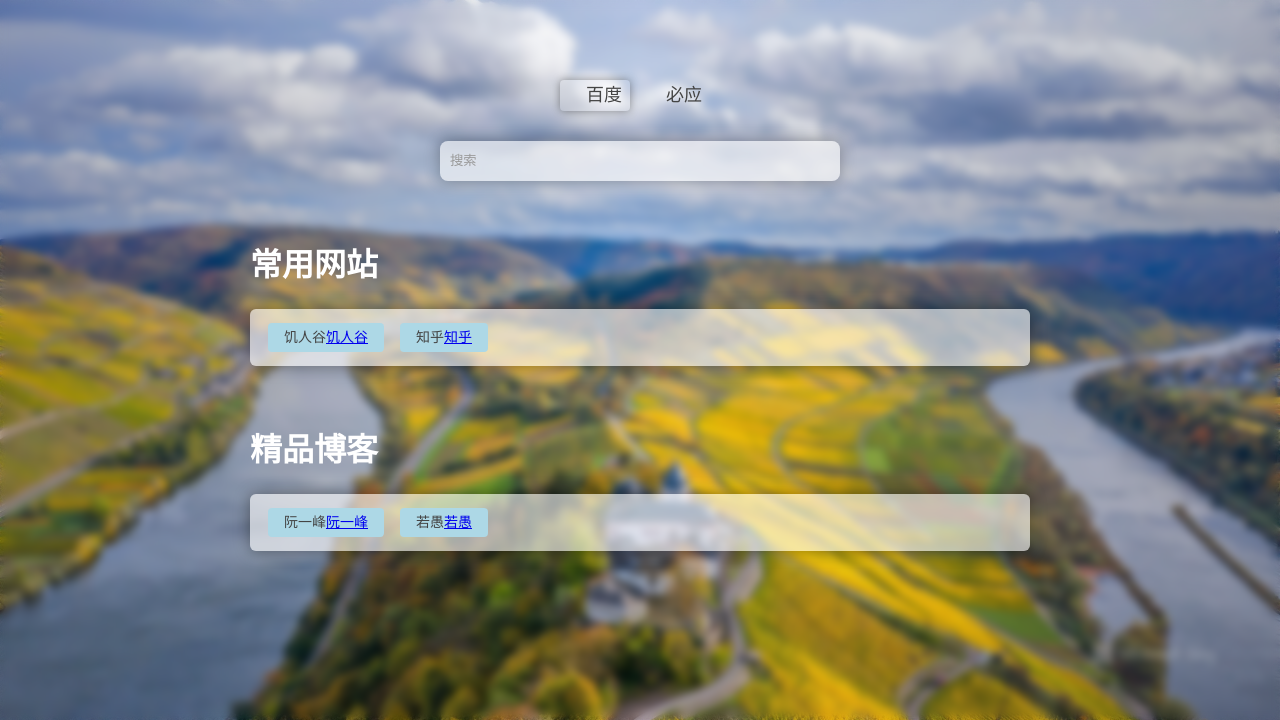
Repository: zkhiscool/PersonPage
Page: index.html
These files come from the project's save history. The page is drawn as it stood at one moment and after the next save; the edit follows.
The browser window is 1280 px wide. The pictures show the whole page.

Above is the page before, as saved 2023-07-19 10:53:08.

### index.html
<!DOCTYPE html>
<html lang="en">

<head>
    <meta charset="UTF-8">
    <meta name="viewport" content="width=device-width, initial-scale=1.0">
    <title>Document</title>
    <script src="//at.alicdn.com/t/c/font_4154315_rbz2c3ka0md.js"></script>
    <link rel="stylesheet" href="css/style.css">
</head>

<body>
    <div id="page">
        <section id="search">
            <div class="search-type">
                <div data-type="baidu" class="search-tab tab-baidu active">
                    <svg class="icon" aria-hidden="true">
                        <use xlink:href="#icon-baidu"></use>
                    </svg>百度
                </div>
                <div data-type="bing" class="search-tab tab-bing">
                    <svg class="icon" aria-hidden="true">
                        <use xlink:href="#icon-weiruan"></use>
                    </svg>必应
                </div>
            </div>
            <div class="search-input input">
                <input type="text" placeholder="搜索">
                <svg class="icon icon-search" aria-hidden="true">
                    <use xlink:href="#icon-search"></use>
                </svg>
            </div>
        </section>
        <section id="websites">
            <ul class="list">
                <li class="item">
                    <h2>常用网站</h2>
                    <ul class="panel">
                        <li class="tag ">百度</li>
                        <li class="tag ">知乎</li>
                    </ul>
                </li>
            </ul>

        </section>

    </div>
    <script src="js/main.js"></script>
    <script>
        //百度 = 'https://www.baidu.com/s?wd=' + '饥人谷'
        //bing= https://cn.bing.com/search?q=' + '饥人谷'
    </script>
</body>

</html>

### css/style.css
* {
    margin: 0;
    padding: 0;
    box-sizing: border-box;
}

ul,
li {
    list-style: none;
}

body {
    /* 字体大小14，行高1.5 */
    font: 14px/1.5 Arial, Helvetica, sans-serif;
    color: #444;
    background: linear-gradient(to right, rgba(0, 0, 0, 0.2), rgba(0, 0, 0, 0), rgba(0, 0, 0, 0.2)),
        url(../images/2.jpg)center center no-repeat;
    background-size: cover;
    /* 窗口的高度 */
    min-height: 100vh;
    /* 背景色模糊 */
    padding-bottom: 60px;
    backdrop-filter: blur(4px);
}

/* 图标库默认样式 */
.icon {
    width: 1em;
    height: 1em;
    vertical-align: -0.15em;
    fill: currentColor;
    overflow: hidden;
}

#page {
    max-width: 820px;
    margin: 0 auto;
    padding: 20px;
    /* overflow: hidden; */
}

#search {
    display: flex;
    flex-direction: column;
    align-items: center;
    margin-top: 60px;

}

.search-type {
    display: flex;
}

.search-tab {
    padding: 2px 8px;
    margin-right: 10px;
    border-radius: 4px;
    font-size: 18px;
    cursor: pointer;
}

.search-tab.active {
    box-shadow: 0 0 8px rgba(0, 0, 0, 0.4);
}

.search-input {
    position: relative;
    margin-top: 30px;
    border-radius: 8px;
    overflow: hidden;
    background-color: rgba(255, 255, 255, 0.6);
    box-shadow: 0 0 16px 0 rgba(0, 0, 0, 0.3);
}

.search-input .icon {
    position: absolute;
    right: 6px;
    top: 50%;
    transform: translateY(-50%);
    z-index: 1;
    width: 30px;
    height: 20px;
    cursor: pointer;
}

.search-input>input {
    width: 400px;
    padding: 0 30px 0 10px;
    line-height: 40px;
    border: none;
    outline: none;
    color: #666;
    background-color: transparent;
    transition: all .3s;
}

/* .search-input>input:focus {
    width: 780px;
} */

.search-input>input::placeholder {
    color: #999;
}

#websites .item {
    margin-top: 60px;

}

#websites .list h2 {
    color: #fff;
    font-size: 32px;
}

#websites .panel {
    display: flex;
    flex-wrap: wrap;
    background-color: rgba(255, 255, 255, 0.6);
    border-radius: 6px;
    padding: 10px;
    margin-top: 20px;
    box-shadow: 0 0 16px 0 rgba(0, 0, 0, 0.4);
}

#websites .tag {
    border-radius: 4px;
    padding: 4px 16px;
    margin: 4px 8px;
    background-color: lightblue;

}

#websites .tag:nth-child(odd) {
    background-color: lightblue;
}

.color-1 {
    background-color: lightblue;
}

.color-2 {
    background-color: lightcyan;
}

.color-3 {
    background-color: lightgreen;
}

.color-4 {
    background-color: lightgray;
}

### js/main.js
const $ = s => document.querySelector(s)
const $$ = s => document.querySelectorAll(s)
const searchMap = {
    'baidu': 'https://www.baidu.com/s?wd=',
    'bing': 'https://cn.bing.com/search?q='
}
let searchType = 'baidu'
//切换浏览器的样式
$$('.search-tab').forEach($tab => {
    $tab.onclick = function () {
        // 给每个搜索去掉class
        $$('.search-tab').forEach($tab => $tab.classList.remove('active'))
        this.classList.add('active')
        // data-xxx这种带 “-”的自定义属性，有默认dataset方法
        searchType = this.dataset.type
    }
});

//监听键盘按下
document.onkeyup = function (e) {
    if (e.key === 'Enter') {
        search()
    }
}

$('.icon-search').onclick = search

// 封装搜索
function search() {
    let url = searchMap[searchType] + $('.search-input input').value
    const $link = document.createElement('a')
    $link.setAttribute('href', url)
    $link.setAttribute('target', '_blank')
    $link.click()
}

const data = [
    {
        title: '常用网站',
        data: [
            {
                name: '饥人谷',
                url: 'https://jirengu.com'
            },
            {
                name: '知乎',
                url: 'https://zhihu.com'
            },
        ]
    },
    {
        title: '精品博客',
        data: [
            {
                name: '阮一峰',
                url: 'https://javascript.ruanyifeng.com'
            },
            {
                name: '若愚',
                url: 'https://zhuanlan.zhihu.com/study-fe'
            },
        ]
    },
]
/*
    <li class="item">
        <h2>常用网站</h2>
        <ul class="panel">
            <li class="tag color-1"><a href="" target="_blank"></a>百度</li>
            <li class="tag color-2"><a href="" target="_blank"></a>知乎</li>
        </ul>
    </li>
 */
const $itemArr = data.map(obj => {
    const $item = document.createElement('li')
    $item.classList.add('item')
    const $h2 = document.createElement('h2')
    $h2.append(obj.title)
    const $ul = document.createElement('ul')
    $ul.classList.add('panel')
    let $liArray = obj.data.map(item => {
        const $tag = document.createElement('li')
        $tag.classList.add('tag')
        $tag.append(item.name)
        const $a = document.createElement('a')
        $a.setAttribute('href', item.url)
        $a.setAttribute('target', '_blank')
        $a.append(item.name)
        $tag.append($a)
        return $tag
    })
    $ul.append(...$liArray)
    $item.append($h2, $ul)
    return $item
})
console.log($itemArr);

$('#websites .list').innerHTML = ''
$('#websites .list').append(...$itemArr)

After the next save:
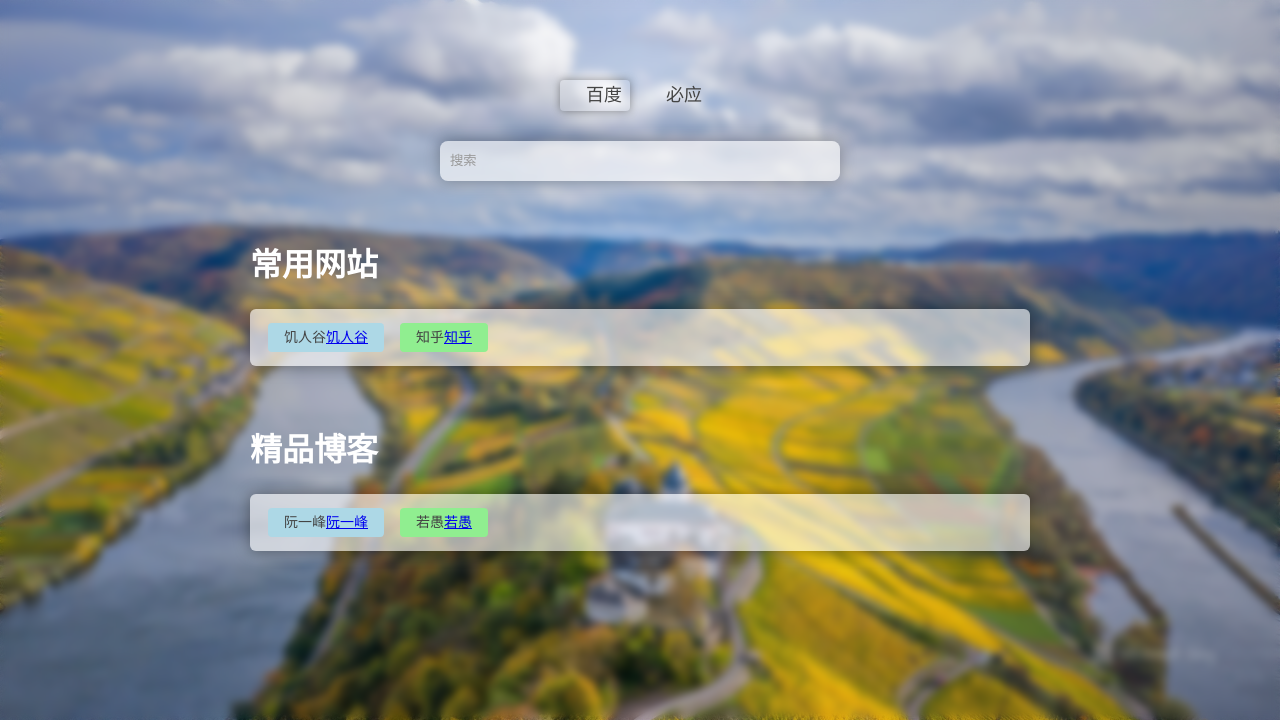
Saved 14 s later.
--- a/css/style.css
+++ b/css/style.css
@@ -134,6 +134,10 @@ body {
     background-color: lightblue;
 }
 
+#websites .tag:nth-child(even) {
+    background-color: lightgreen;
+}
+
 .color-1 {
     background-color: lightblue;
 }
